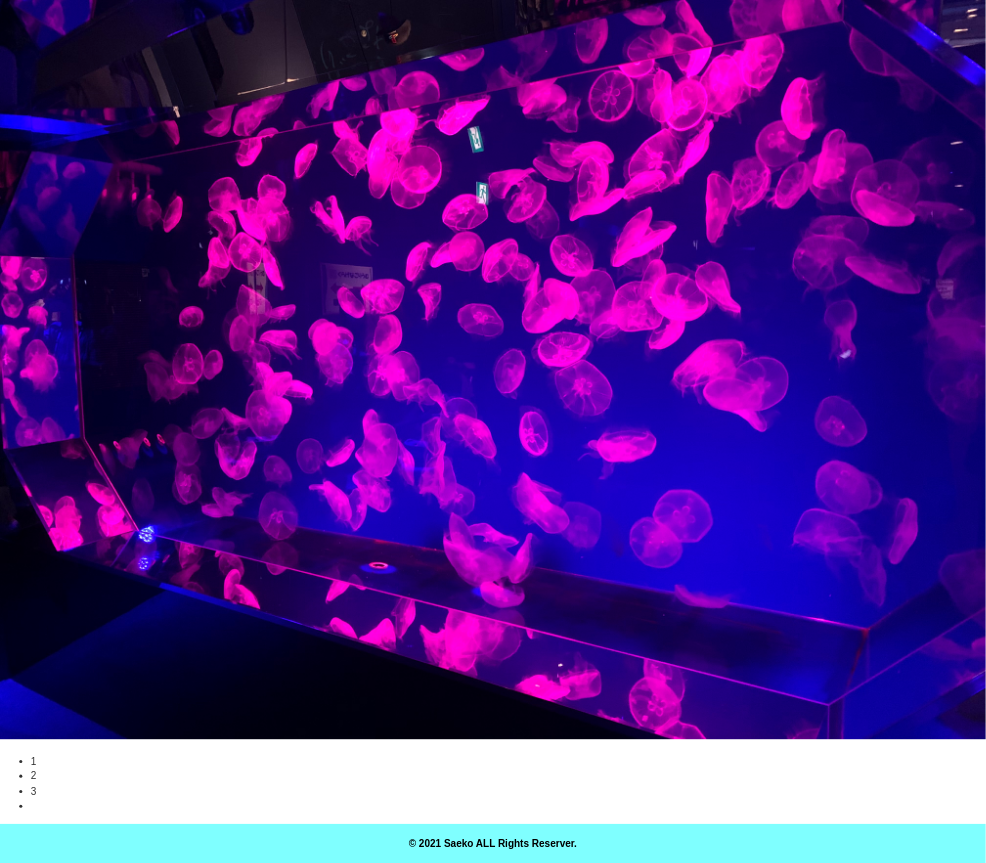
Repository: mizoguhi/mizoguhi
Page: test/saeko.html
The author's editor kept a record of every edit. The page is drawn from the files as they stood at one moment, then again after the next edit.
The browser window is 1280 px wide. The pictures show the whole page, at 77% of full size.
Pictures or frames that could not be fetched are drawn as grey boxes.

Above is the page before.

After the next edit:
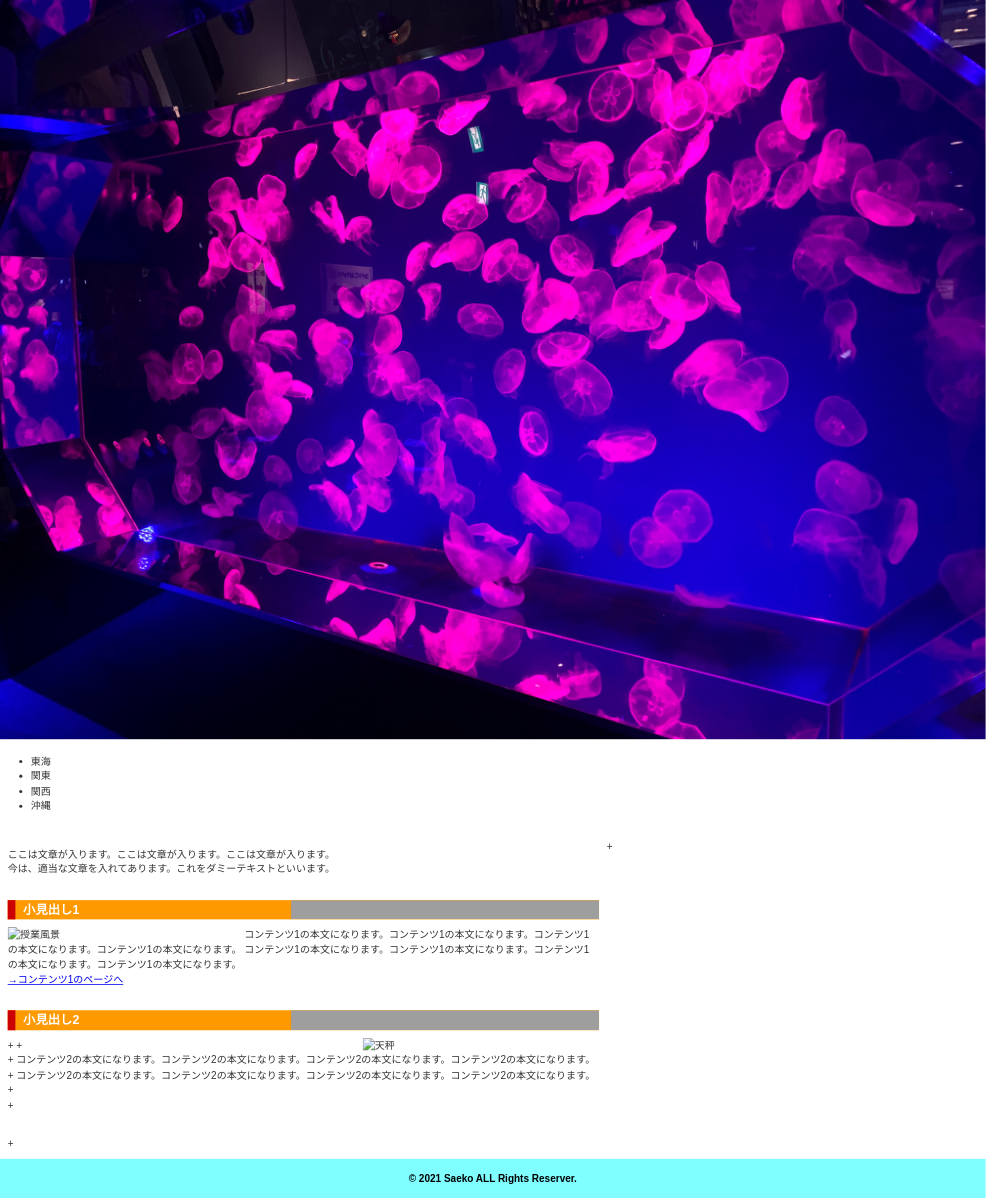
Not found: test/images/classroom.jpg
Not found: test/images/scale.jpg
The edit:
--- a/test/saeko.html
+++ b/test/saeko.html
@@ -20,11 +20,35 @@
    </div>
     <div id="wapper">
         <ul class="inline">
-	<li>1</li>
-	<li>2</li>
-	<li>3</li>
-	<li></li>
+	<li>東海</li>
+	<li>関東</li>
+	<li>関西</li>
+	<li>沖縄</li>
 </ul>
+ <div id="container">
+                <div id="main">
+                    <div class="post">
+                        <p>ここは文章が入ります。ここは文章が入ります。ここは文章が入ります。<br />今は、適当な文章を入れてあります。これをダミーテキストといいます。</p>
+                    </div>
+                    <div class="post clearfix">
+                        <h2>小見出し1</h2>
+                        <img class="left" src="images/classroom.jpg" alt="授業風景" />
+                        <p>
+                            コンテンツ1の本文になります。コンテンツ1の本文になります。コンテンツ1の本文になります。コンテンツ1の本文になります。
+                            コンテンツ1の本文になります。コンテンツ1の本文になります。コンテンツ1の本文になります。コンテンツ1の本文になります。
+                        </p>
+                        <p><a href="#">→コンテンツ1のページへ</a></p>
+                    </div>
+                    <div class="post clearfix">
+                        <h2>小見出し2</h2>
++                        <img class="right" src="images/scale.jpg" alt="天秤" />
++                        <p>
++                            コンテンツ2の本文になります。コンテンツ2の本文になります。コンテンツ2の本文になります。コンテンツ2の本文になります。
++                            コンテンツ2の本文になります。コンテンツ2の本文になります。コンテンツ2の本文になります。コンテンツ2の本文になります。
++                        </p>
++                    </div>
++                </div>
++            </div>
     <div id="footer">
          <p>&copy; 2021 Saeko ALL Rights Reserver.</p>
     </div>
